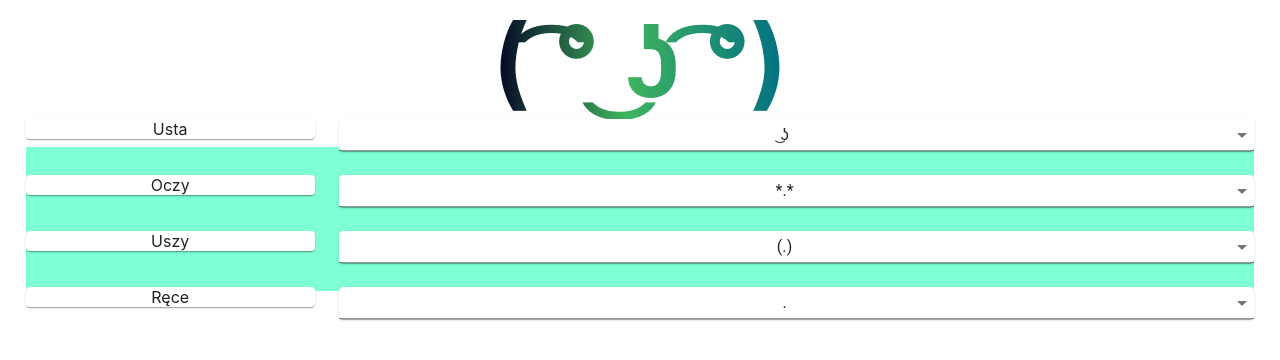
Repository: ogigg/react-Lenny-generator
Page: / (app in lenny-generator/)
These files come from the project's save history. The page is drawn as it stood at one moment and after the next save; the edit follows.
The browser window is 1280 px wide. The pictures show the whole page.
The project was rebuilt for these pictures with package versions that can differ from the ones it lists, and the page was loaded fresh each time.

Above is the page before, as saved 2019-12-12 20:54:28.

After the next save:
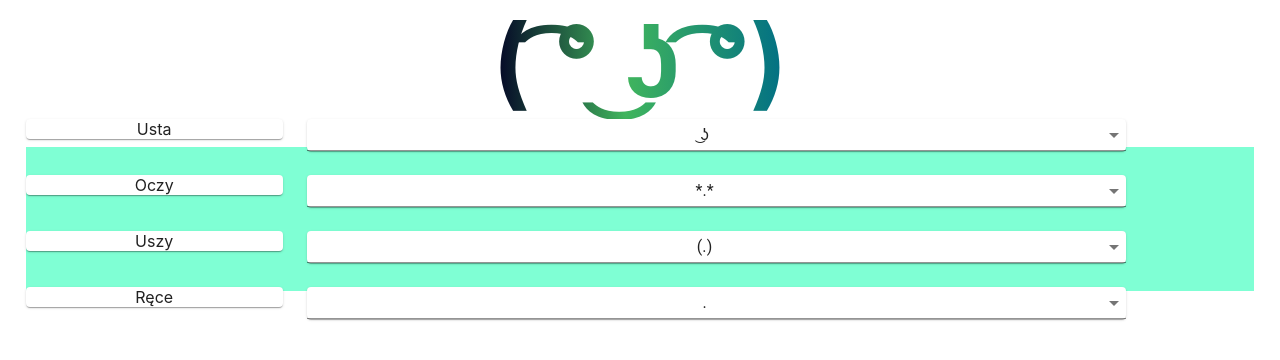
Saved 5 s later.
--- a/lenny-generator/src/App.css
+++ b/lenny-generator/src/App.css
@@ -6,7 +6,7 @@
   align-items: center;
   justify-content: center;
   margin: 2%;
-  padding: 0 0 0 0;
+  padding: 0 10% 0 0;
   text-align-last:center;
 }
 
